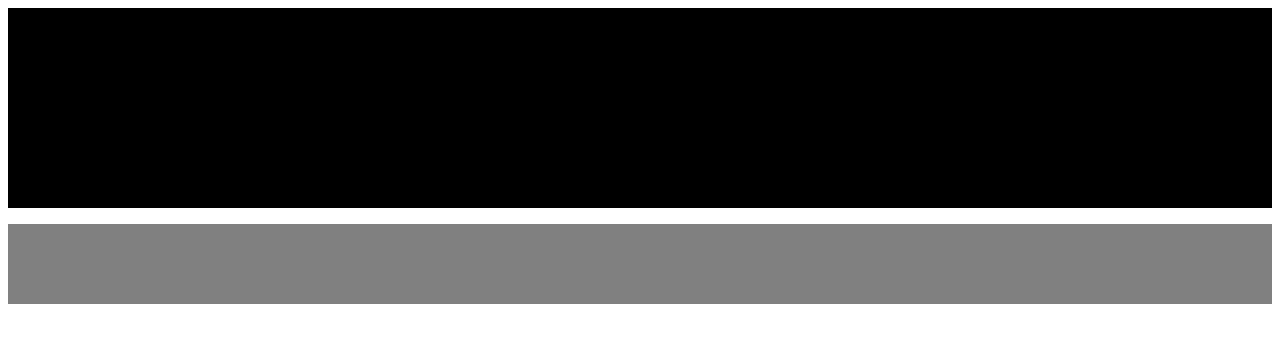
Repository: juntae710/acorn_web
Page: http://localhost/ptj0829/
These files come from the project's save history. The page is drawn as it stood at one moment and after the next save; the edit follows.
The browser window is 1280 px wide. The pictures show the whole page.
The page is served by Tomcat 9.

Above is the page before, as saved 2023-08-29 03:18:45.

### ptj0829/src/main/webapp/index.jsp
<%@ page language="java" contentType="text/html; charset=UTF-8"
    pageEncoding="UTF-8"%>
<!DOCTYPE html>
<html>
<head>
<meta charset="UTF-8">
<title>Insert title here</title>
<style type="text/css">
ul{
list-style: none;

}
header{
height: 200px;
background-color: black;
}
nav{
height: 80px;
background-color: gray;
}
</style>
</head>
<body>
<header></header>
<nav>
<ul>
<li></li>
<li></li>
<li></li>
</ul>

</nav>
<section></section>
<footer></footer>
</body>
</html>

After the next save:
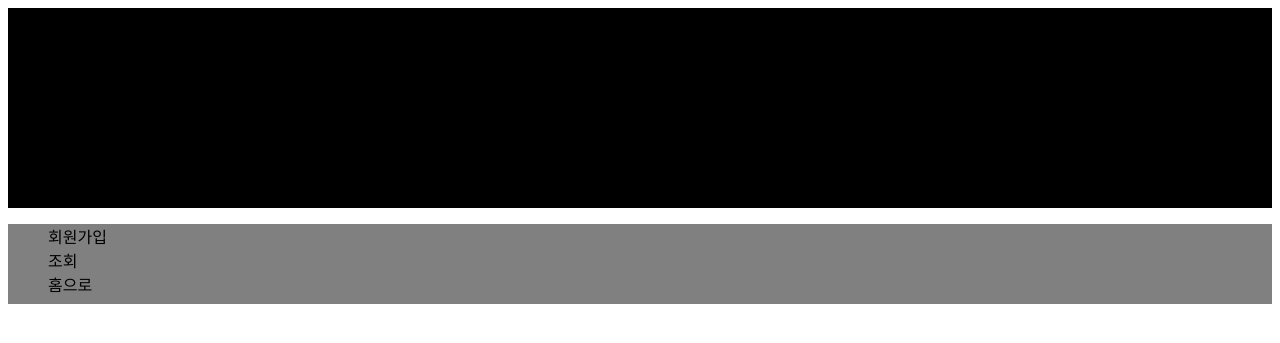
Saved 33 s later.
--- a/ptj0829/src/main/webapp/index.jsp
+++ b/ptj0829/src/main/webapp/index.jsp
@@ -24,9 +24,9 @@
 <header></header>
 <nav>
 <ul>
-<li></li>
-<li></li>
-<li></li>
+<li><a>회원가입</a></li>
+<li><a>조회</a></li>
+<li><a>홈으로</a></li>
 </ul>
 
 </nav>
